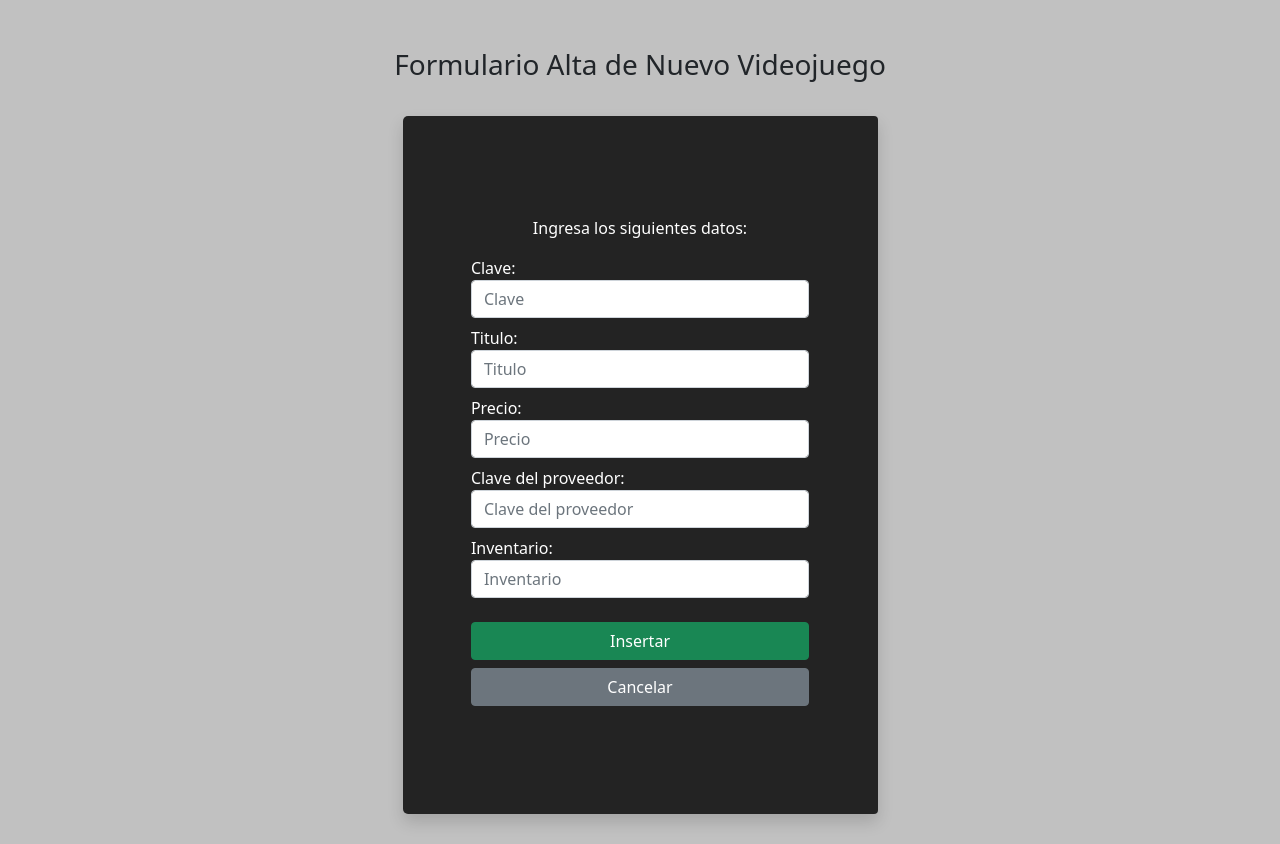
Repository: Jatziri16/JavaEE
Page: http://localhost/TiendaVideojuegos/FormularioInsertarVideojuego.jsp
An editor plug-in stored every save of this project. The page is shown before and after the next save, followed by the edit.
The browser window is 1280 px wide. The pictures show the whole page.
The page is served by Tomcat 9. Other server files are loaded and not shown.

Above is the page before, as saved 2023-12-06 22:39:41.

### TiendaVideojuegos/src/main/webapp/FormularioInsertarVideojuego.jsp
<?xml version="1.0" encoding="UTF-8"?>
<!DOCTYPE HTML PUBLIC "-//W3C//DTD HTML 4.01//EN" "http://www.w3.org/TR/html4/strict.dtd">
<html = lang "es">
	<head>
		<meta charset="UTF-8">
		<title>Formulario Alta Videojuego</title>
		<link rel=stylesheet href="css/style.css" type="text/css">
		<!-- Bootstrap -->
	 	<link href="https://cdn.jsdelivr.net/npm/bootstrap@5.1.3/dist/css/bootstrap.min.css" rel="stylesheet" integrity="sha384-1BmE4kWBq78iYhFldvKuhfTAU6auU8tT94WrHftjDbrCEXSU1oBoqyl2QvZ6jIW3" crossorigin="anonymous">
		<script type="text/javascript" src="js/validaciones_vid.js"></script>
	</head>
	<body style='background-color: rgba(50, 50, 50, 0.3);'>
		<div id="fondo">
			<h3 class="text-center mt-5 mb-1">Formulario Alta de Nuevo Videojuego</h3>
			<div class="container rounded-3 contenedor">
				<div class="row align-items-stretch justify-content-center">
					<div class="login-container col-7 col-sm-6 col-md-5 col-xl-5 rounded-end shadow">
						<p class="text-center">Ingresa los siguientes datos:</p>
						<div class="centrar">
							<!-- FORM -->
							<form action="InsertarVideojuego.do" method="GET" class="w-75">
								<label for="clave">Clave:</label>
								<input class="form-control mb-2" type="text" placeholder="Clave" name="cve" id="clave">

								<label for="titulo">Titulo:</label>
								<input class="form-control mb-2" type="text" placeholder="Titulo" name="titulo" id="titulo">

								<label for="precio">Precio:</label>
								<input class="form-control mb-2" type="text" placeholder="Precio" name="precio" id="precio">

								<label for="cveprov">Clave del proveedor:</label>
								<input class="form-control mb-2" type="text" placeholder="Clave del proveedor" name="cveprov" id="cveprov">

								<label for="inventario">Inventario:</label>
								<input class="form-control mb-4" type="text" placeholder="Inventario" name="inventario" id="inventario">

								<button class="btn btn-success w-100 mb-2" onclick="validarForms()" type="button">Insertar</button>
								<button class="btn btn-secondary w-100 mb-2" href="MostrarVideojuegos.jsp" type="button">Cancelar</button>
							</form>
						</div>
					</div>
				</div>
			</div>
		</div>
	</body>
</html>

### TiendaVideojuegos/src/main/webapp/css/style.css
body
{
	background-color: gray;
}
h1
{
	text-align: center;
}
.contenedor {
    padding: 30px 0;
}

.centrar
{
display: flex;
  justify-content: center;
    /* margin: 0 auto; */
}
.centrar-2
{
	margin: 0 auto;
}
.invalido {
	margin-top: 5px;
    font-size: 80%;
}

.login-container {
    /* background-image: linear-gradient(rgba(0, 0, 0, 0.5), rgba(0, 0, 0, 0.5)), url(../../../../assets/imgs/login-bg.png); */
    background-size: cover;
    background-color: rgba(20, 20, 20, 0.908);
	border-radius: 5px;
    padding: 100px 50px;
    color: white;
}
.warning-container
{
	background-size: cover;
    background-color: red;
	border-radius: 5px;
    padding: 30px 50px;
    color: white;
}
.button {
  background-color: transparent; /* Green */
  border: none;
  padding: 5px 0;
  width: 100%;
  text-align: center;
  text-decoration: none;
  display: inline-block;
  font-size: 16px;
  margin: 4px 2px;
  transition-duration: 0.4s;
  cursor: pointer;
  border-radius: 8px;
}

.btn-insertar {
  color: white;
  border: 2px solid #4CAF50;
}
.btn-actualizar {
  color: white;
  border: 2px solid #db752d;
}
.btn-cancelar {
  color: white;
  border: 2px solid #474747;
}

.btn-insertar:hover {
  background-color: #4CAF50;
  color: white;
}
.btn-actualizar:hover {
  background-color: #db752d;
  color: white;
}
.btn-cancelar:hover {
  background-color: #474747;
  color: white;
}

/*input {
	border: 1px solid red;
}*/

### TiendaVideojuegos/src/main/webapp/js/validaciones_vid.js
function validarForms()
{
	console.log("ENTRO A validarForms()")
	let clave = document.getElementById("clave").value;
	let titulo = document.getElementById("titulo").value;
	let precio = document.getElementById("precio").value;
	let cveprov = document.getElementById("cveprov").value;
	let inv = document.getElementById("inventario").value;

	if(clave == "" || titulo == "" || precio == "" || cveprov == "" || inv == "") {
		setWarnsMsj();
	}
	else
	{
		alert("clave = "+clave+"\ntitulo = "+titulo+"\nprecio = "+precio+"\ncveprov = "+cveprov+"\ninv = "+inv)
		document.forms[0].action = "InsertarVideojuego.jsp?clave="+clave+"&titulo="+titulo+"&precio="+precio+"&cveprov="+cveprov+"&inventario="+inv;
		document.forms[0].method = "post";
		document.forms[0].submit();
		alert("Videojuego insertado");
	}
}

function setWarnsMsj()
{
    alert("Todos los campos son obligatorios")
}

After the next save:
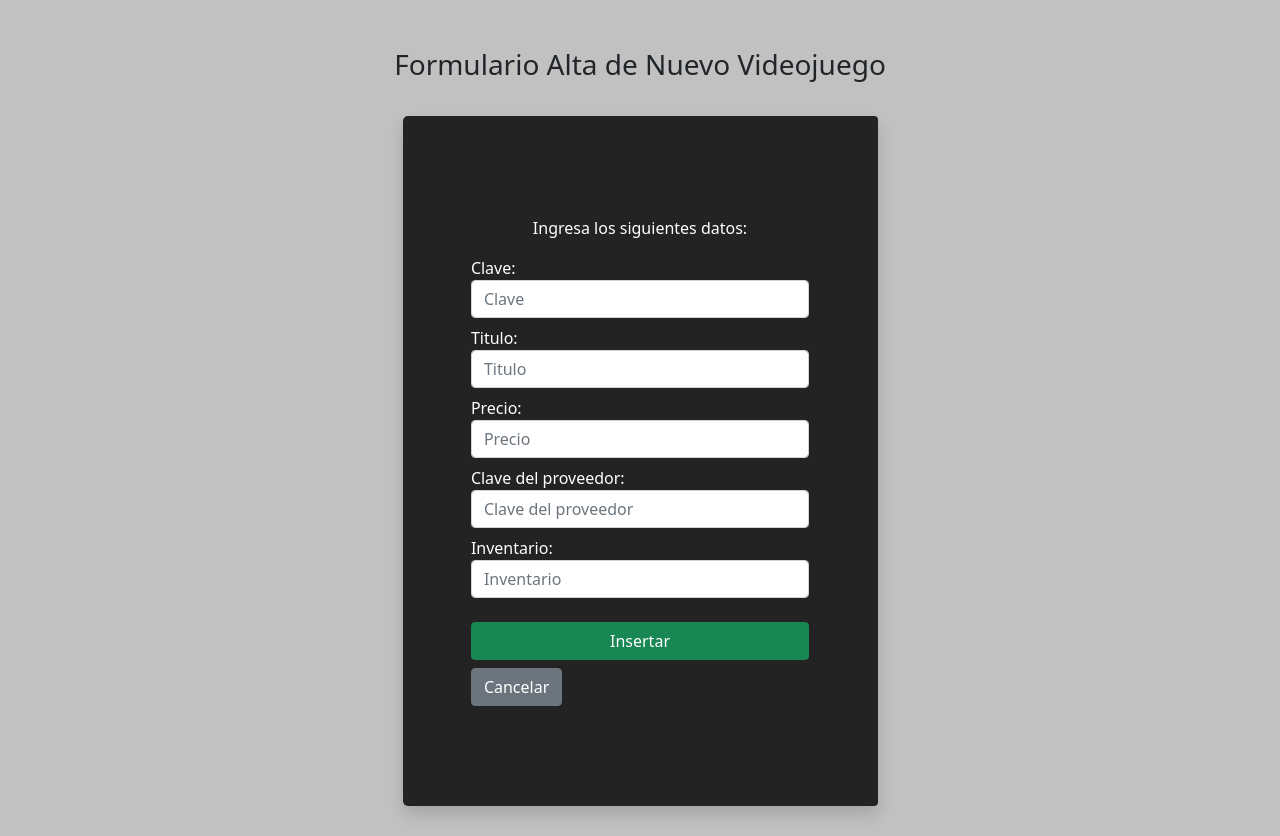
Saved 49 s later.
--- a/TiendaVideojuegos/src/main/webapp/FormularioInsertarVideojuego.jsp
+++ b/TiendaVideojuegos/src/main/webapp/FormularioInsertarVideojuego.jsp
@@ -35,7 +35,7 @@
 								<input class="form-control mb-4" type="text" placeholder="Inventario" name="inventario" id="inventario">
 
 								<button class="btn btn-success w-100 mb-2" onclick="validarForms()" type="button">Insertar</button>
-								<button class="btn btn-secondary w-100 mb-2" href="MostrarVideojuegos.jsp" type="button">Cancelar</button>
+								<a class="btn btn-secondary" href="MostrarVideojuegos.jsp" role="button"> Cancelar </a>
 							</form>
 						</div>
 					</div>
